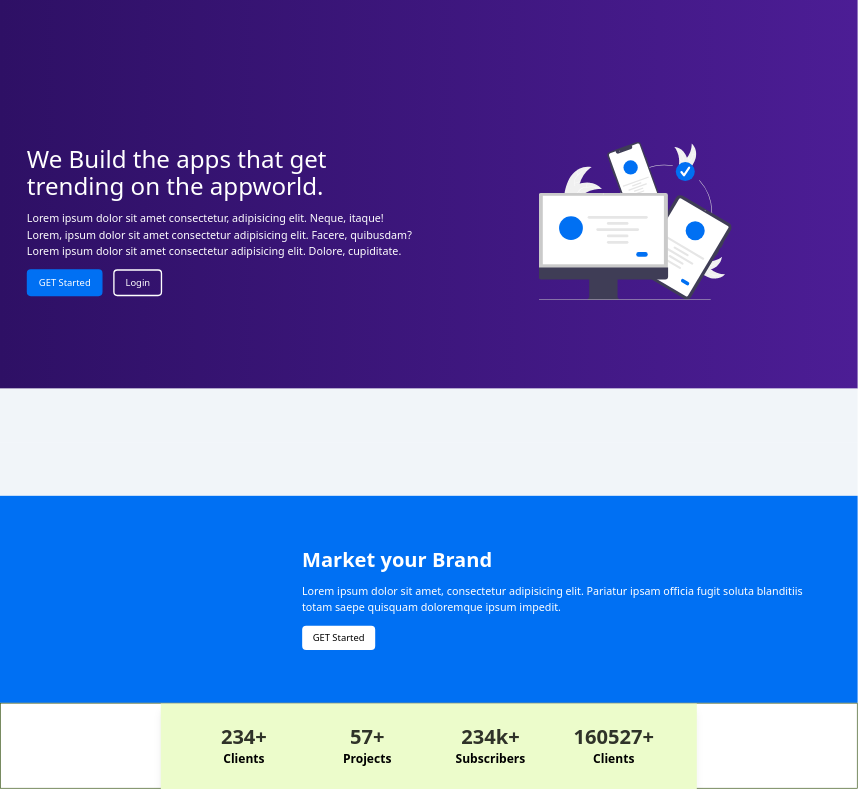
Repository: Kish202/Coz-Marketing-Site
Page: / (app in frontend/)
These files come from the project's save history. The page is drawn as it stood at one moment and after the next save; the edit follows.
The browser window is 1280 px wide. The pictures show the whole page, at 67% of full size.
Pictures or frames that could not be fetched are drawn as grey boxes. The project was rebuilt for these pictures with package versions that can differ from the ones it lists, and the page was loaded fresh each time. Also part of the build but not shown: frontend/vite.config.js.

Above is the page before, as saved 2025-03-09 21:37:15.

### frontend/src/App.jsx
import { useState } from 'react'
import reactLogo from './assets/react.svg'
import viteLogo from '/vite.svg'
import './App.css'
import Service from './components/Service/Service'
import Hero from './components/Hero/Hero'
import BannerDetails from './components/BannerDetails.jsx/BannerDetails'
import Banner from './components/Banner/Banner'
import Banner1 from "./assets/blog1.jpg";
import Banner2 from "./assets/blog3.jpg";



function App() {
  const [count, setCount] = useState(0)

  return (
<>

<Hero/>
<Banner reverse={true} img={Banner1}/>
<Banner img={Banner2}/>
<BannerDetails/>
   <Service/>

   </>
  )
}

export default App

### frontend/src/components/Service/Service.jsx
import React from 'react'
import CountUp from "react-countup"

const Service =() =>{
  return (
    <section className="container h-12 md:h-32 border border-lime-900">
     <div className="grid grid-cols-4 w-full place-self-center   bg-lime-100 p-2 shadow-lg dark:bg-violet-800 dark:text-white/70 md:max-w-[800px]  md:p-8">
    <div className="flex flex-col items-center justify-center " >



<h1 className="text-sm font-bold text-black/80 dark:text-white sm:text-lg md:text-3xl">
      <CountUp end={234} suffix="+" duration={2.75}/>

</h1>

<h1 className="sm:text-md text-xs font-bold md:text-lg">
Clients
</h1>




        </div>

        <div className="flex flex-col items-center justify-center">
  <h1 className="text-sm text-black/80 sm:text-lg md:text-3xl dark:text-white font-bold">
  <CountUp end={57} suffix="+" duratiion={2.75}/>  </h1>

    <h1 className="sm:text-md font-bold text-xs md:text-lg">
        Projects

        </h1>
            </div>

    <div className="flex flex-col items-center justify-center" >



        <h1 className="text-sm text-black/80 dark:text-white  sm:text-lg md:text-3xl font-bold">
<CountUp end={234}  suffix="k+" / >
        </h1>
<h1 className="font-bold  sm:text-md text-xs md:text-lg" >
Subscribers
</h1>


            </div>


<div className="flex flex-col items-center justify-center">
<h1 className="text-sm font-bold text-black/80 dark:text-white sm:text-lg md:text-3xl">
<CountUp start={-875.020}
end={160527.012} duration={2.75} separator="" suffix="+" />
</h1>


<h1 className="text-xs sm:text-md  font-bold md:text-lg ">
Clients
</h1>
</div>
</div>
    </section>
  )
}

export default Service

### frontend/src/components/Hero/Hero.jsx
import React from 'react'
import Banner from "../../assets/thebanner.svg"
function Hero() {
  return (
           <main className="bg-gradient-to-r  from-violet-950 to-violet-900 pt-20 dark:bg-violet-950">

<section className="container flex h-[650px] flex-col  items-center justify-center md:h-[500px] ">
<div className="grid grid-cols-1 items-center gap-8 dark:text-white md:grid-cols-2">



<div className="flex flex-col items-center gap-4 text-center text-white md:items-start md:text-left">

<h1 className="text-4xl">
    We Build the apps that get trending on the appworld.

</h1>

<p className=" *:">

Lorem ipsum dolor sit amet consectetur, adipisicing elit. Neque, itaque!
Lorem, ipsum dolor sit amet consectetur adipisicing elit. Facere, quibusdam?
Lorem ipsum dolor sit amet consectetur adipisicing elit. Dolore, cupiditate.

</p>


<div className="space-x-4">

       <button className="rounded-md border-2 border-primary bg-primary px-4 py-2 text-sm text-white transition-colors duration-300 hover:bg-primary/80">
   GET Started
    </button>

       <button className="rounded-md border-2 border-white px-4 py-2 text-sm text-white transition-colors duration-300" >

Login

    </button>
</div>

</div>

<div className="mx-auto max-w-xs p-4">

    <img src={Banner} alt="No image" className="hover:drop-shadow-md"/>


</div>


</div>
</section>



        </main>


  )
}

export default Hero

### frontend/src/components/BannerDetails.jsx/BannerDetails.jsx
import React from 'react'



function BannerDetails() {
  return (
    <main className="bg-primary">

        <section className="container py-8 md:py-12">


            <div className="grid grid-cols-1 items-center gap-4 sm:text-ellipsis md:grid-cols-3 md:gap-8">
<div className="order-2 flex flex-col items-center gap-4 text-center text-white md:col-span-2 md:items-start md:text-left">
<h1 className="text-3xl font-bold">
    Market your Brand

</h1>
<p className="">
Lorem ipsum dolor sit amet, consectetur adipisicing elit. Pariatur
 ipsam officia fugit soluta blanditiis totam saepe quisquam doloremque
 ipsum impedit.
</p>
<button className="rounded-md bg-white px-4 py-2 text-sm text-black transition-colors duration-300 hover:bg-white/60 ">
GET Started
</button>
</div>
<div  className="order-1">
<iframe
className="aspect-video w-full"
src="https://www.youtube.com/watch?v=esaioTgia4Q&list=PPSV"
title="Youtube Video Player" frameborder="0" allow="accelerometer; autoplay; clipboard-write; encrypted-media; gyroscope; picture-in-picture; web-share allowfullscreen"></iframe>


</div>

            </div>



        </section>

    </main>
  )
}

export default BannerDetails

### frontend/src/components/Banner/Banner.jsx
import React from 'react'
import Bannerimg from "../../assets/blog2.jpg";


function Banner({reverse, img}) {
  return (
    <section>
     <main   className="bg-slate-100 dark:bg-slate-900 dark:text-white">
     <section className="container flex flex-col items-center justify-center py-10 md:h-[]">


        </section>
        </main>
    </section>
  )
}

export default Banner

### frontend/tailwind.config.js
/** @type {import('tailwindcss').Config} */
export default {
  content: ["./index.html", "./src/**/*.{js,ts,jsx,tsx}"],
  darkMode: "class",
  theme: {
    extend: {
      screens: {
        xs: "480px",
      },
      colors: {
        primary: "#0070f3",
      },
    },

    container: {
      center: true,
      padding: {
        DEFAULT: "20px",
        md: "40px",
      },
    },
  },
  plugins: [],
};

Loaded but not shown: frontend/index.html (common file); frontend/src/main.jsx (common file); frontend/src/index.css (common file); frontend/src/App.css (common file)

After the next save:
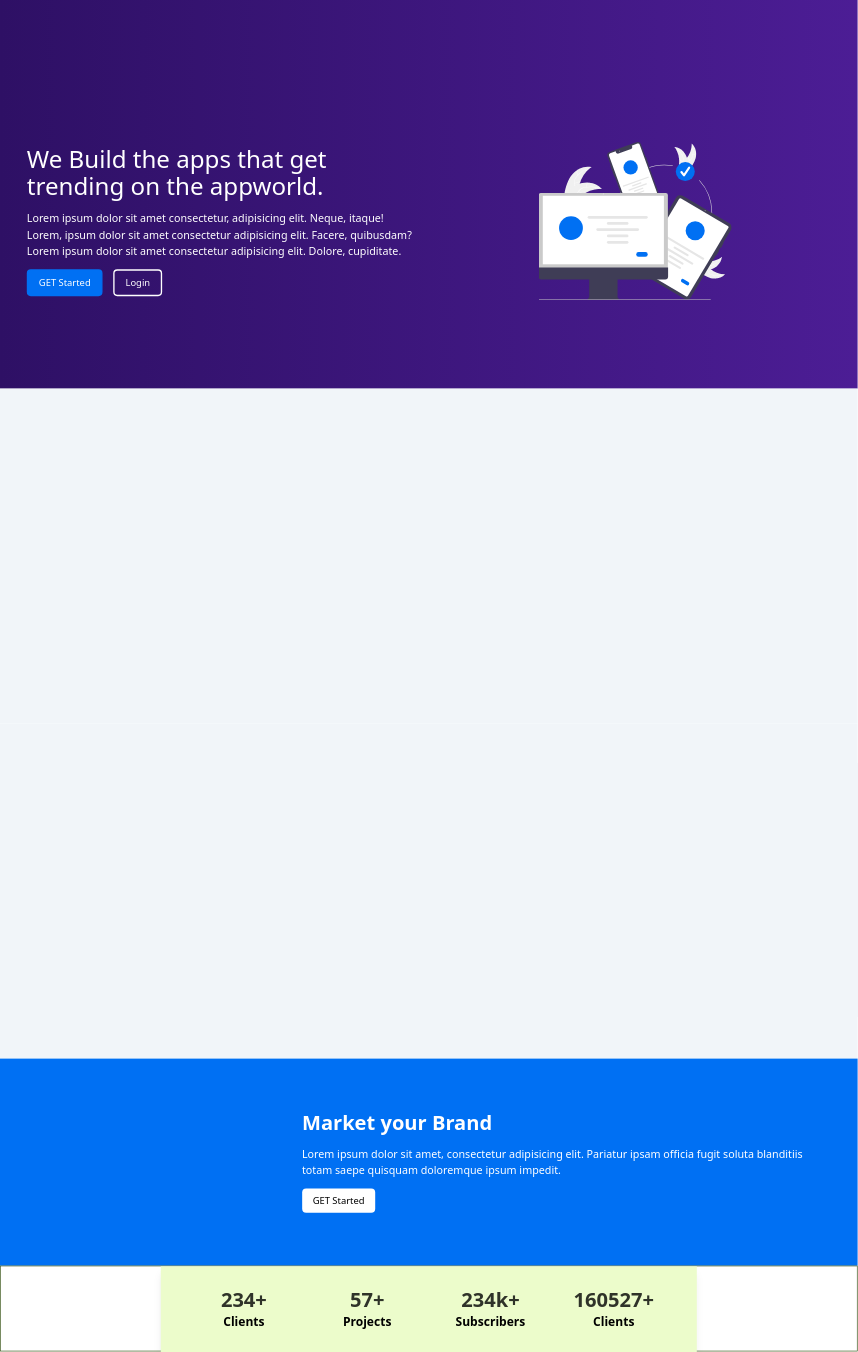
Saved 2 min 18 s later.
--- a/frontend/src/components/Banner/Banner.jsx
+++ b/frontend/src/components/Banner/Banner.jsx
@@ -6,7 +6,7 @@ function Banner({reverse, img}) {
   return (
     <section>
      <main   className="bg-slate-100 dark:bg-slate-900 dark:text-white">
-     <section className="container flex flex-col items-center justify-center py-10 md:h-[]">
+     <section className="container flex flex-col items-center justify-center py-10 md:h-[500px]">
 
 
         </section>
